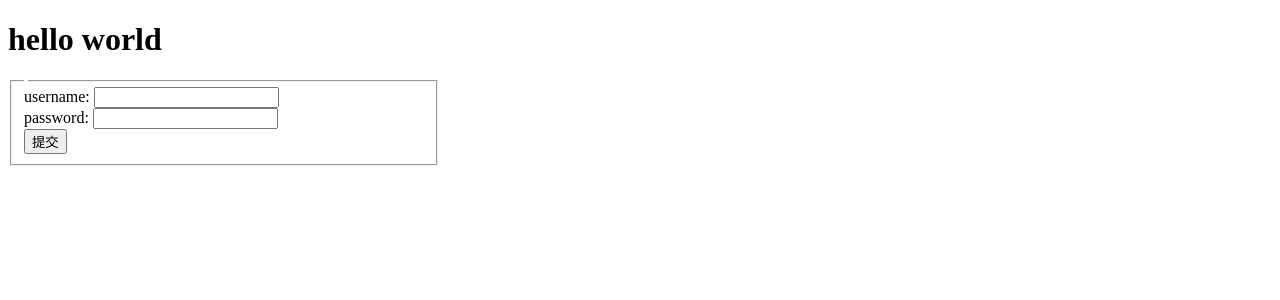
Repository: jarvanstack/vscode
Page: HTML/demo.html
An editor plug-in stored every save of this project. The page is shown before and after the next save, followed by the edit.
The browser window is 1280 px wide. The pictures show the whole page.

Above is the page before, as saved 2020-06-15 17:11:17.

After the next save:
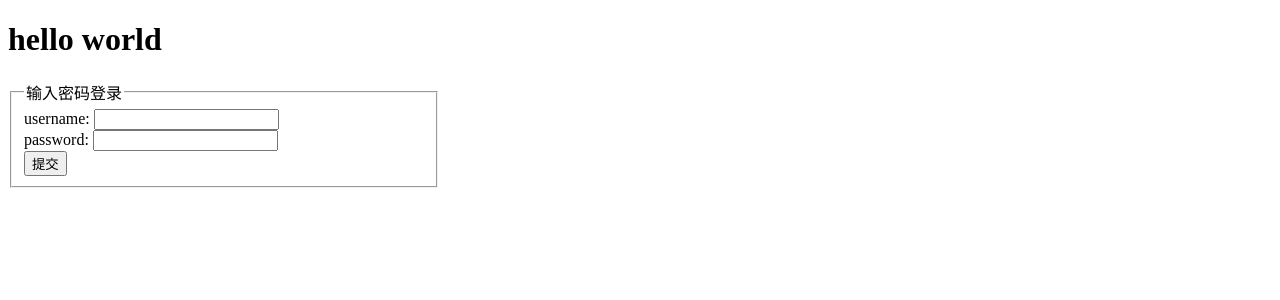
Saved 19 s later.
--- a/HTML/demo.html
+++ b/HTML/demo.html
@@ -15,7 +15,7 @@
     <h1>hello world</h1>
     <form action="post">
         <fieldset>
-            <legend></legend>
+            <legend>输入密码登录</legend>
             <span>
                 username: <input type="text" name="username">
             </span>
